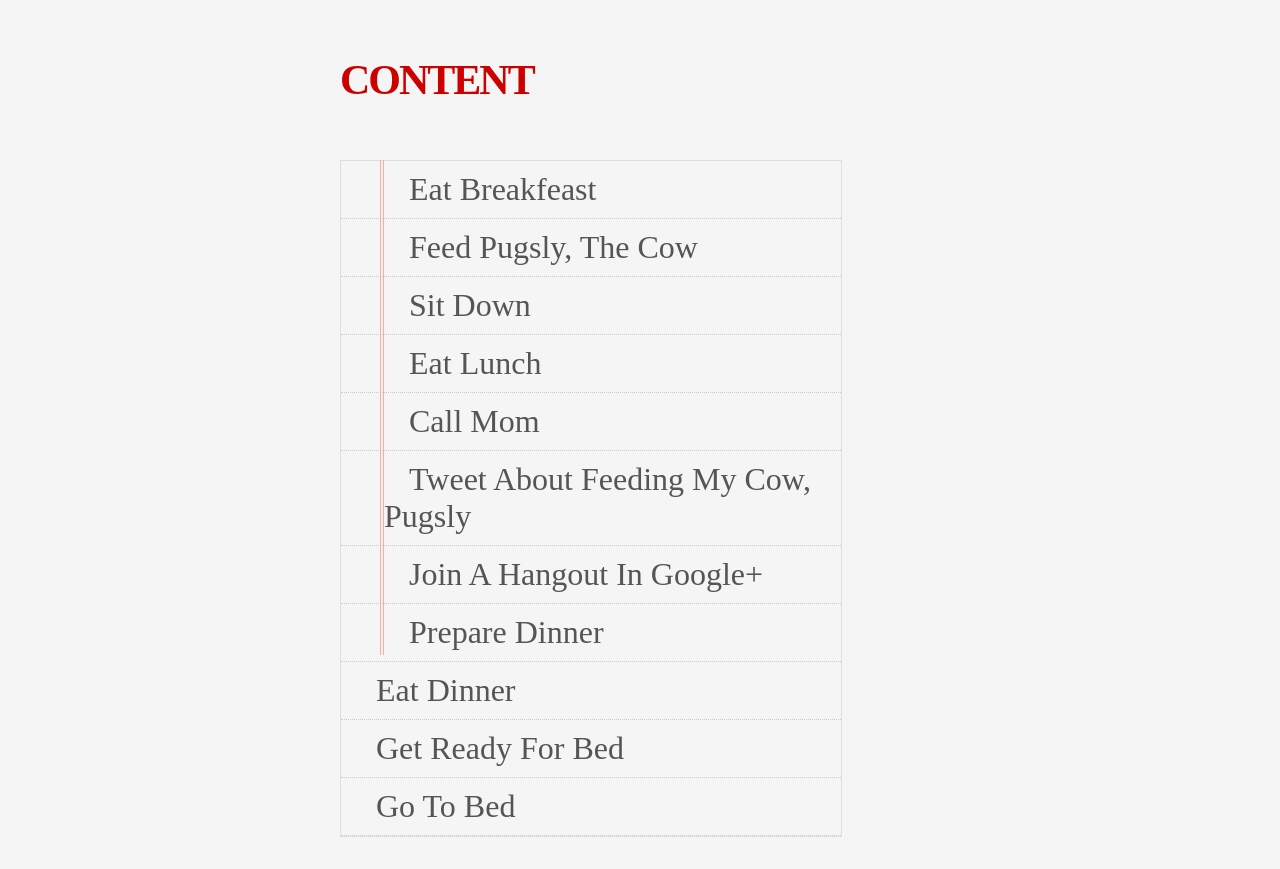
Repository: dev-singh-kanyal/Archive-git_github
Page: index.html
An editor plug-in stored every save of this project. The page is shown before and after a run of saves, followed by the edit.
The browser window is 1280 px wide. The pictures show the whole page.
Some web fonts or font styles are not loaded; a fallback is used.

Above is the page before, as saved 2022-06-24 15:32:17.

### index.html
<!DOCTYPE HTML>
<html>

<head>
   <meta charset="UTF-8">
   <title>Dev's Notebook</title>
   <link rel="stylesheet" href="style.css">
   <link href="https://fonts.googleapis.com/css2?family=Reenie+Beanie&display=swap" rel="stylesheet">
</head>

<body>

    <h4>CONTENT</h4>

    <div class="lines"></div>

    <ul class="list">
      <li>Eat Breakfeast</li>
      <li>Feed Pugsly, the cow</li>
      <li>Sit Down</li>
      <li>Eat lunch</li>
      <li>Call mom</li>
      <li>Tweet about feeding my cow, pugsly</li>
      <li>Join a hangout in google+</li>
      <li>Prepare Dinner</li>
      <li>Eat Dinner</li>
      <li>Get ready for bed</li>
      <li>Go to bed</li>
    </ul>

</body>
</html>

### style.css
body {
    background-color: #f5f5f5;
    width: 600px;
    margin: 0 auto;
    padding: 0;
  }
  h4 {
    color: #cd0000;
    font-size: 42px;
    letter-spacing: -2px;
    text-align: left;
  }
  .list {
    color: #555;
    font-size: 22px;
    padding: 0 !important;
    width: 500px;
    font-family: 'Reenie Beanie';
    font-size: 2rem;
    /* font-family: courier, monospace; */
    border: 1px solid #dedede;
  }
  .list li {
    list-style: none;
    border-bottom: 1px dotted #ccc;
    text-indent: 25px;
    height: auto;
    padding: 10px;
    text-transform: capitalize;
  }
  .list li:hover {
    background-color: #f0f0f0;
    -webkit-transition: all 0.2s;
    -moz-transition:    all 0.2s;
    -ms-transition:     all 0.2s;
    -o-transition:      all 0.2s;
  }
  .lines {
    border-left: 1px solid #ffaa9f;
    border-right: 1px solid #ffaa9f;
    width: 2px;
    float: left;
    height: 495px;
    margin-left: 40px;
  }

After the next 3 saves:
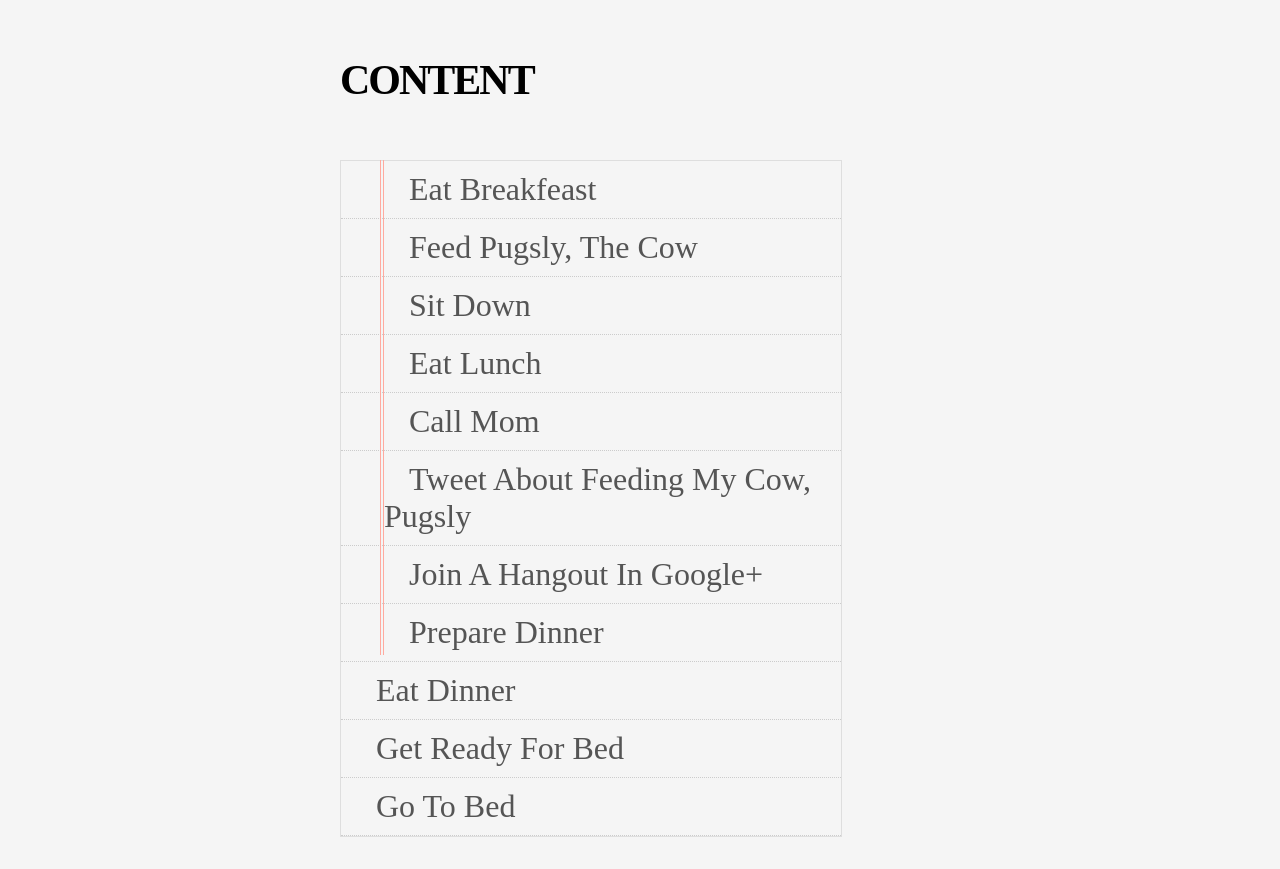
The 3 saves are shown as one change because they came seconds apart.
The last was saved 52 s later.
--- a/style.css
+++ b/style.css
@@ -5,7 +5,7 @@
     padding: 0;
   }
   h4 {
-    color: #cd0000;
+    color: #000000;
     font-size: 42px;
     letter-spacing: -2px;
     text-align: left;
